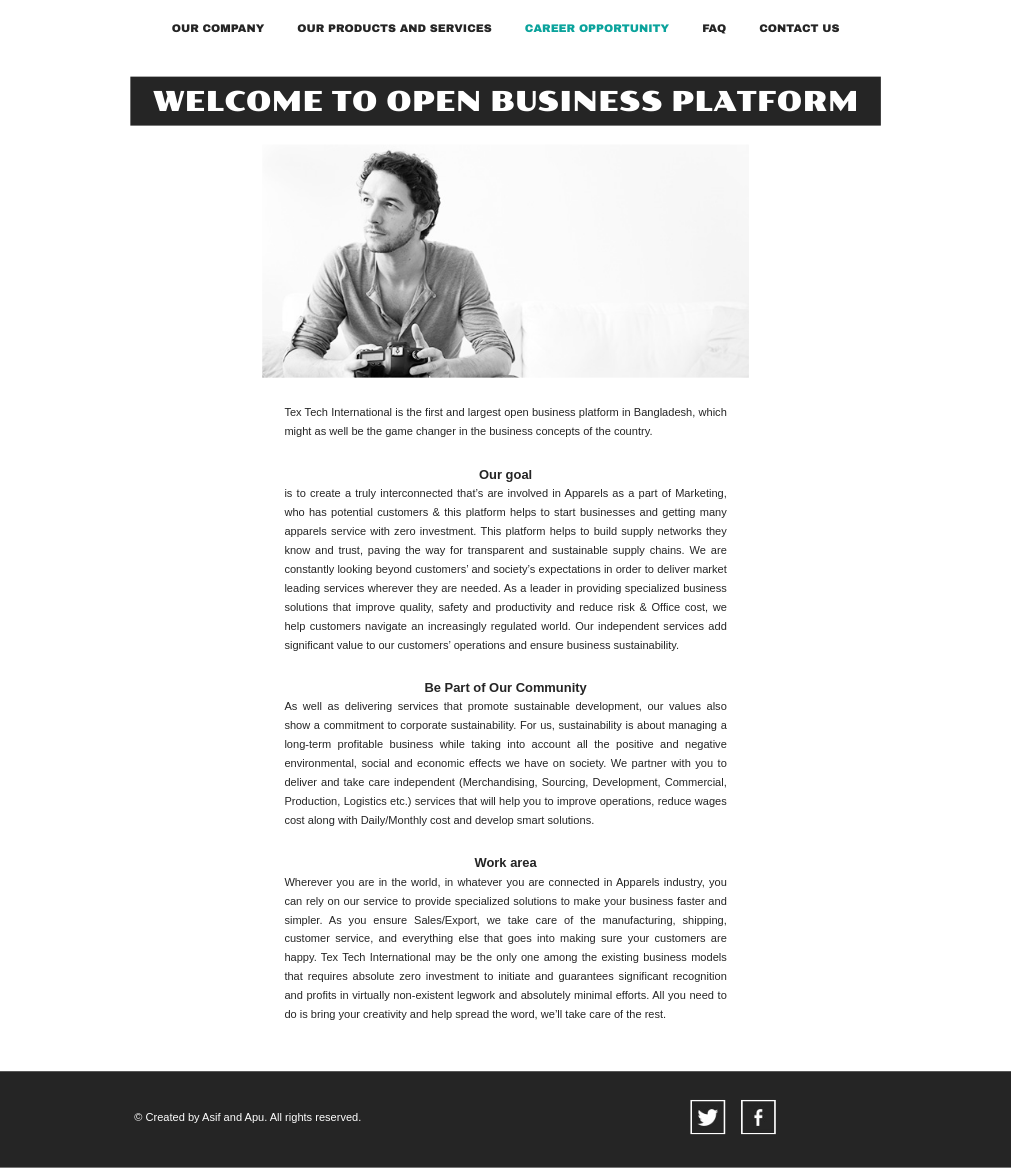
Repository: asifdotpy/textechint
Page: about.html
An editor plug-in stored every save of this project. The page is shown before and after a run of saves, followed by the edit.
The browser window is 1280 px wide. The pictures show the whole page, at 79% of full size.

Above is the page before, as saved 2021-02-24 00:46:58.

### about.html
<!doctype html>
<html>
<head>
	<meta charset="UTF-8">
	<meta name="viewport" content="width=device-width, initial-scale=1.0">
	<title>Career Opportunity - Tex Tech International</title>
	<link rel="stylesheet" type="text/css" href="css/style.css">
	<link rel="stylesheet" type="text/css" href="css/mobile.css" media="screen and (max-width : 568px)">
	<script type="text/javascript" src="js/mobile.js"></script>
</head>
<body>
	<div id="header">
		<ul id="navigation">
			<li>
				<a href="index.html">our company</a>
			</li>
			<li>
				<a href="gallery.html">Our Products and services
				</a>
			</li>
			<li class="selected">
				<a href="about.html">career opportunity</a>
			</li>
			<li>
				<a href="blog.html">faq</a>
			</li>
			<li>
				<a href="contact.html">contact us</a>
			</li>
		</ul>
	</div>
	<div id="body">
		<h1><span>Welcome to Open Business Platform</span></h1>
		<div>
			<img src="images/photographer.jpg" alt="">
			<div class="article">
				<!--<h3>Tex Tech International is the first and largest open business platform in Bangladesh</h3>-->
				<p>Tex Tech International is the first and largest open business platform in Bangladesh, which might as well be the game changer in the business concepts of the country. </p>
				<h3>Our goal </h3>
				<p>
					is to create a truly interconnected that’s are involved in Apparels as a part of Marketing, who has potential customers & this platform helps to start businesses and getting many apparels service with zero investment. This platform helps to build supply networks they know and trust, paving the way for transparent and sustainable supply chains. We are constantly looking beyond customers’ and society’s expectations in order to deliver market leading services wherever they are needed. As a leader in providing specialized business solutions that improve quality, safety and productivity and reduce risk & Office cost, we help customers navigate an increasingly regulated world. Our independent services add significant value to our customers’ operations and ensure business sustainability.

				</p>
				<h3>Be Part of Our Community</h3>
				<p>
					As well as delivering services that promote sustainable development, our values also show a commitment to corporate sustainability. For us, sustainability is about managing a long-term profitable business while taking into account all the positive and negative environmental, social and economic effects we have on society. We partner with you to deliver and take care independent (Merchandising, Sourcing, Development, Commercial, Production, Logistics etc.) services that will help you to improve operations, reduce wages cost along with Daily/Monthly cost and develop smart solutions.

				</p>
				<h3>Work area</h3>
				<p>
					Wherever you are in the world, in whatever you are connected in Apparels industry, you can rely on our service to provide specialized solutions to make your business faster and simpler. As you ensure Sales/Export, we take care of the manufacturing, shipping, customer service, and everything else that goes into making sure your customers are happy. Tex Tech International may be the only one among the existing business models that requires absolute zero investment to initiate and guarantees significant recognition and profits in virtually non-existent legwork and absolutely minimal efforts. All you need to do is bring your creativity and help spread the word, we’ll take care of the rest.

				</p>
			</div>
		</div>
	</div>
	<div id="footer">
		<div>
			<p>&copy; Created by Asif and Apu. All rights reserved.</p>
			<ul>
				<li>
					<a href="http://freewebsitetemplates.com/go/twitter/" id="linkedin">lindedin</a>
				</li>
				<li>
					<a href="https://www.facebook.com/textechint" target="_blank" id="facebook">facebook</a>
			</ul>
		</div>
	</div>
</body>
</html>

### css/style.css
@font-face {
	font-family: 'poller_oneregular';
	src: url('../fonts/pollerone/pollerone-webfont.eot');
	src: url('../fonts/pollerone/pollerone-webfont.eot?#iefix') format('embedded-opentype'),
		 url('../fonts/pollerone/pollerone-webfont.woff') format('woff'),
		 url('../fonts/pollerone/pollerone-webfont.ttf') format('truetype'),
		 url('../fonts/pollerone/pollerone-webfont.svg#poller_oneregular') format('svg');
}
@font-face {
	font-family: 'leckerli_oneregular';
	src: url('../fonts/leckerlione/leckerlione-regular-webfont.eot');
	src: url('../fonts/leckerlione/leckerlione-regular-webfont.eot?#iefix') format('embedded-opentype'),
		 url('../fonts/leckerlione/leckerlione-regular-webfont.woff') format('woff'),
		 url('../fonts/leckerlione/leckerlione-regular-webfont.ttf') format('truetype'),
		 url('../fonts/leckerlione/leckerlione-regular-webfont.svg#leckerli_oneregular') format('svg');
}

body {
	background: #fff;
	font-family: Arial, Helvetica, sans-serif;
	font-size: 14px;
	font-weight: normal;
	line-height: 1;
	margin: 0;
	min-width: 960px;
	padding: 0;
}
p {
	color: #252525;
	line-height: 24px;
	margin: 0;
	padding: 0;
}
p a {
	color: #252525;
	text-decoration: underline;
}
p a:hover {
	color: #898989;
}
#header {
	margin: 0 auto;
	padding: 4px 0 50px;
	text-align: center;
	width: 960px;
}
#header a.logo {
	display: block;
	margin: 0 auto;
	padding: 0;
	width: 340px;
}
#header a.logo img {
	border: 0;
	display: block;
	margin: 0;
	padding: 0;
}
#header ul {
	margin: 0;
	padding: 25px 0 0;
}
#header ul li {
	display: inline;
	list-style: none;
	margin: 0;
	padding: 0 19px;
}
#header ul li a {
	color: #252525;
	display: inline-block;
	font-family: "Arial Black", Gadget, sans-serif;
	font-size: 14px;
	font-weight: normal;
	margin: 0;
	padding: 0 0 3px;
	text-decoration: none;
	text-transform: uppercase;
}
#header ul li a:hover, #header ul li.selected a {
	color: #0ba39c;
}
#body {
	margin: 0;
	padding: 0 0 30px;
	text-align: center;
}
#body h1 {
	color: #fff;
	display: inline;
	font-family: poller_oneregular;
	font-size: 35px;
	font-weight: normal;
	margin: 0;
	padding: 0;
	text-transform: uppercase;
}
#body h1 span {
	background: #252525;
	display: inline-block;
	padding: 15px 28px 12px;
}
#body > div {
	margin: 0 auto;
	padding: 0;
	width: 960px;
}
#body > div img {
	border: 0 auto;
	margin: 24px 0 0;
	padding: 0;
}
#body > div .article {
	margin: 0 auto;
	padding: 30px 30px 0;
	width: 560px;
}
#body > div .article h2 {
	font-family: "Arial Black", Gadget, sans-serif;
	font-size: 25px;
	font-weight: normal;
	margin: 0 0 30px;
}
#body > div .article h3 {
	color: #252525;
	line-height: 24px;
	margin: 0;
	padding: 0;
}
#body > div .article h4 {
	background: #252525;
	color: #fff;
	display: inline-block;
	font-family: "Arial Black", Gadget, sans-serif;
	font-size: 25px;
	font-weight: normal;
	margin: 0 0 30px;
	padding: 8px 27px 10px;
}
#body > div .article p {
	margin: 0 0 30px;
	text-align: justify;
}
#body div div ul {
	margin: 0;
	padding: 24px 10px 0;
	width: 940px;
	list-style-type: none;
}
#body div div ul li {
	border: 2px solid #1a1a1a;
	display: block;
	list-style: none;
	margin: 0 0 13px;
	overflow: hidden;
	padding: 0;
}
#body div ul li .figure {
	border-right: 2px solid #1a1a1a;
	float: left;
	margin: 0;
	padding: 0;
	width: 376px;
}
#body div ul li img {
	border: 0;
	display: block;
	margin: 0;
	padding: 0;
	opacity: 0.8;
	transition: 0.5s ease-in-out;
}
#body div ul li .figure:hover img {
	opacity: 1;
}
#body div ul li div {
	float: left;
	margin: 0;
	padding: 63px 0 20px;
	width: 558px;
}
#body div ul li div h3 {
	color: #252525;
	font-family: "Arial Black", Gadget, sans-serif;
	font-size: 25px;
	font-weight: normal;
	margin: 0;
	padding: 0;
	text-transform: uppercase;
}
#body div ul li div p {
	padding: 30px 30px 18px;
}
#body div ul li div a.more {
	background: #000;
	color: #fff;
	display: inline-block;
	font-family: "Arial Black", Gadget, sans-serif;
	font-size: 18px;
	font-weight: normal;
	margin: 0;
	padding: 8px 28px;
	text-decoration: none;
	text-transform: uppercase;
}
#body div ul li div a.more:hover {
	color: #252525;
	background: #fff;
	border: 2px solid #252525;
}
#body #featured {
	margin: 0 0 13px;
	padding: 0;
	position: relative;
	width: 100%;
}
#body #featured img {
	border: 0;
	display: block;
	margin: 0;
	padding: 0;
	width: 100%;
	height: auto;
}
#body #featured div {
	left: 50%;
	margin-left: -480px;
	margin-top: -171px;
	padding: 0 0 0 470px;
	position: absolute;
	top: 50%;
	text-align: left;
	width: 490px;
}
#body #featured div h2 {
	background: #fff;
	color: #000;
	display: inline-block;
	font-family: poller_oneregular;
	font-size: 20px;
	font-weight: normal;
	margin: 0 0 18px;
	padding: 23px 27px 20px;
	text-transform: uppercase;
}
#body #featured div span {
	background: #252525;
	color: #fff;
	display: inline-block;
	font-size: 20px;
	margin: 7px 0;
	padding: 12px 27px;
}
#body #featured div a {
	background: #0ba39c;
	color: #fff;
	display: inline-block;
	font-size: 16px;
	margin: 15px 0 0;
	padding: 26px 27px 22px;
	text-align: center;
	text-decoration: none;
	text-transform: uppercase;
}
#body #featured div a:hover {
	background: #1fc3bc;
}
#body > ul {
	margin: 0 auto;
	overflow: hidden;
	padding: 24px 0 0;
	width: 960px;
}
#body > ul li {
	display: block;
	float: left;
	margin: 0 10px 20px;
	padding: 0;
	width: 300px;
}
#body > ul li a {
	color: #000;
	display: block;
	font-family: poller_oneregular;
	font-size: 20px;
	font-weight: normal;
	margin: 0;
	padding: 0;
	text-align: center;
	text-decoration: none;
	text-transform: uppercase;
}
#body > ul li a img {
	border: 2px solid #1a1a1a;
	display: block;
	margin: 0;
	padding: 0;
	opacity: .8;
	transition: 0.5s ease-in-out;
}
#body > ul li a:hover img {
	opacity: 1;
}
#body > ul li a span {
	display: block;
	margin: 0;
	padding: 33px 0 0;
}
#body form {
	margin: 0 auto;
	padding: 24px 0 0;
	width: 620px;
}
#body form input, #body form textarea {
	border: 2px solid #252525;
	color: #252525;
	font-family: Arial, Helvetica, sans-serif;
	font-size: 15px;
	font-weight: normal;
	margin: 0 0 37px;
	padding: 20px 10px;
	text-align: center;
	text-transform: uppercase;
	width: 596px;
}
#body form textarea {
	height: 175px;
	overflow: auto;
	resize: none;
}
#body form #send {
	background: #252525;
	color: #fff;
	font-family: "Arial Black", Gadget, sans-serif;
	font-size: 15px;
	font-weight: normal;
	display: inline-block;
	padding: 20px 28px;
	width: auto;
}
#body form #send:hover {
	background: #fff;
	color: #252525;
	cursor: pointer;
}
#footer {
	background: #252525;
	margin: 0;
	padding: 36px 0 42px;
}
#footer div {
	margin: 0 auto;
	overflow: hidden;
	padding: 0;
	width: 960px;
}
#footer div p {
	color: #fff;
	float: left;
	line-height: 44px;
	margin: 0 0 0 10px;
	padding: 0;
}
#footer div ul {
	display: block;
	float: right;
	margin: 0;
	overflow: hidden;
	padding: 0;
	width: 256px;
}
#footer div ul li {
	display: block;
	float: left;
	list-style: none;
	margin: 0 10px;
	padding: 0;
	width: 44px;
}
#footer div ul li a {
	background: url(../images/icons.jpg) no-repeat 0 0;
	display: block;
	height: 44px;
	margin: 0;
	padding: 0;
	text-indent: -99999px;
	width: 44px;
}
#footer div ul li #linkedin {
	background-position: 0 0;
}
#footer div ul li #linkedin:hover {
	background-position: -44px 0;
}
#footer div ul li #facebook {
	background-position: 0 -44px;
}
#footer div ul li #facebook:hover {
	background-position: -44px -44px;
}

div .intro h1 {
	margin: 0px 50px;
	padding: 0px 50px;
	background-color: #0ba39c;
	text-decoration: #1a1a1a;
}

div .intro p {
	margin: 10px;
	padding: 10px;
	font-size: 16px;
}

div .main {
	font-size: 15px;
}



.post-container {
    margin: 20px 20px 0 0;
    border: 5px solid #333;
    overflow: auto
}
.post-thumb {
    float: left;
}
.post-thumb img {
    display: block;
}
.post-content {
    margin-left: 210px
}
.post-title {
    font-weight: bold;
    font-size: 200%
}

div .main {
	text-align: justify;
}

div .article

### js/mobile.js
window.onload = function(){
	var getNavi = document.getElementById('navigation');

	var mobile = document.createElement("span");
	mobile.setAttribute("id","mobile-navigation");
	getNavi.parentNode.insertBefore(mobile,getNavi);

	document.getElementById('mobile-navigation').onclick = function(){
		var a = getNavi.getAttribute('style');
		if(a){
			getNavi.removeAttribute('style');
			document.getElementById('mobile-navigation').style.backgroundImage='url(images/mobile-menu.png)';
		} else {
			getNavi.style.display='block';
			document.getElementById('mobile-navigation').style.backgroundImage='url(images/mobile-close.png)';
		}
	};
	var getElm = getNavi.getElementsByTagName("LI");
	for(var i=0;i<getElm.length;i++){
		if(getElm[i].children.length>1){
			var smenu = document.createElement("span");
			smenu.setAttribute("class","mobile-submenu");
			smenu.setAttribute("OnClick","submenu("+i+")");
			getElm[i].appendChild(smenu);
		};
	};
	submenu = function (i){
		var sub = getElm[i].children[1];
		var b = sub.getAttribute('style');
		if(b){
			sub.removeAttribute('style');
			getElm[i].lastChild.style.backgroundImage='url(images/mobile-expand.png)';
			getElm[i].lastChild.style.backgroundColor='rgba(11, 163, 156, 0.7)';
		} else {
			sub.style.display='block';
			getElm[i].lastChild.style.backgroundImage='url(images/mobile-collapse.png)';
			getElm[i].lastChild.style.backgroundColor='rgba(0,0,0,0.8)';
		}
	};
};

### css/mobile.css
body {
	min-width: 0;
}
#header {
	padding: 20px 0;
	position: relative;
	width: 100%;
}
#header a.logo {
	width: 80%;
}
#header a.logo img {
	width: 100%;
}
#mobile-navigation {
	background: url(../images/mobile-menu.png) no-repeat 0 0;
	display: block;
	height: 50px;
	margin: 30px auto 0;
	padding: 0;
	width: 50px;
}
#header ul {
	border: 1px solid #fff;
	display: none;
	left: 50%;
	margin-left: -45%;
	padding: 0;
	position: absolute;
	width: 90%;
	z-index: 1001;
}
#header ul li {
	border-top: 1px solid #fff;
	display: block;
	margin: 0;
	padding: 0;
	position: relative;
}
#header > ul > li:first-child {
	border: 0;
}
#header ul li a {
	background: rgba(11, 163, 156, 0.9);
	color: #fff;
	display: block;
	font-family: Arial, Helvetica, sans-serif;
	font-size: 16px;
	font-weight: normal;
	height: 49px;
	line-height: 49px;
	padding: 0 15px;
	text-align: left;
}
#header ul li a:hover, #header ul li.selected a {
	background: rgba(0, 0, 0, 0.9);
	color: #fff;
}
#header ul ul {
	display: none;
	border: 0;
	height: auto;
	left: 0;
	margin: 0;
	position: relative;
	width: 100%;
}
#header ul ul li a {
	text-indent: 15px;
}
#header ul li span {
	background: rgba(11, 163, 156, 0.9) url(../images/mobile-expand.png) no-repeat 0 0;
	border-left: 1px solid #fff;
	display: block;
	height: 49px;
	position: absolute;
	right: 0;
	top: 0;
	width: 50px;
}
#body {
	width: 100%;
}
#body h1 {
	display: block;
	font-size: 20px;
	margin: 0 auto;
	width: 90%;
}
#body h1 span {
	display: block;
	padding: 3%;
	width: 94%;
}
#body > div {
	padding: 0 5%;
	width: 90%;
}
#body > div img {
	margin: 24px 0 30px;
	width: 98%
}
#body > div .article {
	padding: 0;
	width: 100%;
}
#body > div .article h2, #body > div .article h4 {
	font-size: 18px;
	font-weight: bold;
}
#body #featured {
	overflow: hidden;
	margin: 0 0 20px
}
#body #featured img {
	min-width: 960px;
}
#body #featured div {
	left: 0;
	margin: 0;
	padding: 0 2%;
	position: absolute;
	top: 0;
	text-align: left;
	width: 96%;
}
#body #featured div h2 {
	font-size: 14px;
	font-weight: normal;
	margin: 50px 0 10px;
	padding: 8px 5px;
}
#body #featured div span {
	display: block;
	font-size: 14px;
	margin: 10px 0;
	padding: 10px;
}
#body #featured div a {
	font-size: 14px;
	margin: 5px 0 0;
	padding: 10px;
}
#body > ul {
	overflow: visible;
	padding: 0 5%;
	width: 90%;
}
#body ul.gallery {
	padding: 5% 0;
	overflow: hidden;
	width: 100%;
}
#body > ul li {
	float: none;
	margin: 0;
	width: 100%;
}
#body ul.gallery li {
	float: left;
	margin: 0 0 5% 5%;
	width: 42%;
}
#body > ul li a img {
	width: 98%;
}
#body > ul li a span {
	padding: 15px 0;
}
#body div ul {
	margin: 0;
	padding: 20px 0 0;
	width: 100%;
}
#body div ul li {
	overflow: visible;
	padding: 0 0 20px;
	width: 99%;
}
#body div ul li .figure {
	border: 0;
	display: block;
	float: none;
	margin: 0 0 20px;
	width: 100%;
}
#body div ul li .figure img {
	width: 100%;
}
#body div ul li div {
	float: none;
	padding: 0;
	width: 100%;
}
#body div ul li div a.more:hover {
	height: 14px;
	line-height: 14px;
}
#body form {
	width: 100%;
}
#body form input, #body form textarea {
	margin: 0 0 20px;
	padding: 10px;
	width: 84%;
}
#body form #send {
	padding: 10px;
}
#footer {
	padding: 10px 0 25px;
}
#footer div {
	overflow: visible;
	width: 100%;
}
#footer div p {
	float: none;
	margin: 0;
	text-align: center;
}
#footer div ul {
	float: none;
	margin: 0 auto;
	width: 256px;
}

After the next 4 saves:
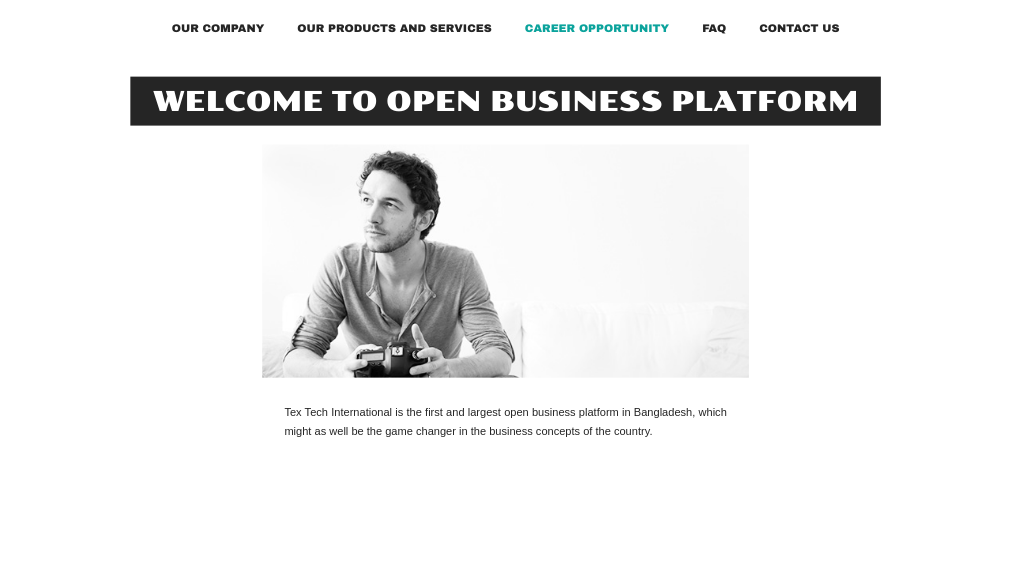
The 4 saves are shown as one change because they came seconds apart.
The last was saved 14 s later.
--- a/about.html
+++ b/about.html
@@ -36,7 +36,7 @@
 			<div class="article">
 				<!--<h3>Tex Tech International is the first and largest open business platform in Bangladesh</h3>-->
 				<p>Tex Tech International is the first and largest open business platform in Bangladesh, which might as well be the game changer in the business concepts of the country. </p>
-				<h3>Our goal </h3>
+				<!--<h3>Our goal </h3>
 				<p>
 					is to create a truly interconnected that’s are involved in Apparels as a part of Marketing, who has potential customers & this platform helps to start businesses and getting many apparels service with zero investment. This platform helps to build supply networks they know and trust, paving the way for transparent and sustainable supply chains. We are constantly looking beyond customers’ and society’s expectations in order to deliver market leading services wherever they are needed. As a leader in providing specialized business solutions that improve quality, safety and productivity and reduce risk & Office cost, we help customers navigate an increasingly regulated world. Our independent services add significant value to our customers’ operations and ensure business sustainability.
 
